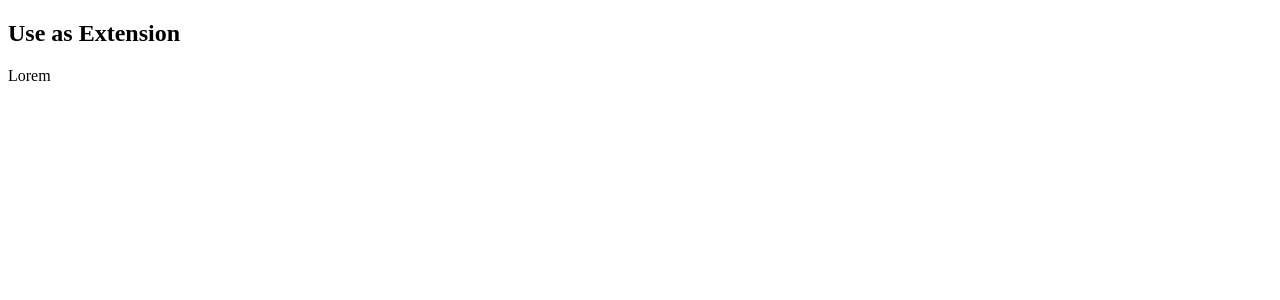
Repository: rinesagajtani0/whitespace_saas
Page: index.html
The author's editor kept a copy of each file at every save. The page is drawn from the files as they stood at one save, then again after the next save.
The browser window is 1280 px wide. The pictures show the whole page.

Above is the page before, as saved 2025-11-01 15:44:24.

After the next save:
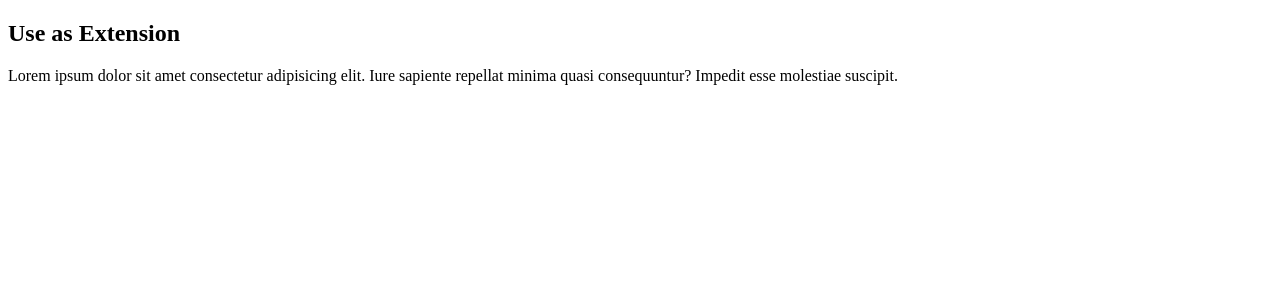
Saved 17 s later.
--- a/index.html
+++ b/index.html
@@ -10,8 +10,12 @@
     <section class="hero hero-blue">
       <div class="hero__container">
         <div class="hero__content">
-          <h2 class="hero__title">Use as <span>Extension</span> </h2>
-          <p class="hero__text">Lorem</p>
+          <h2 class="hero__title">Use as <span>Extension</span></h2>
+          <p class="hero__text">
+            Lorem ipsum dolor sit amet consectetur adipisicing elit. Iure
+            sapiente repellat minima quasi consequuntur? Impedit esse molestiae
+            suscipit.
+          </p>
         </div>
       </div>
     </section>
